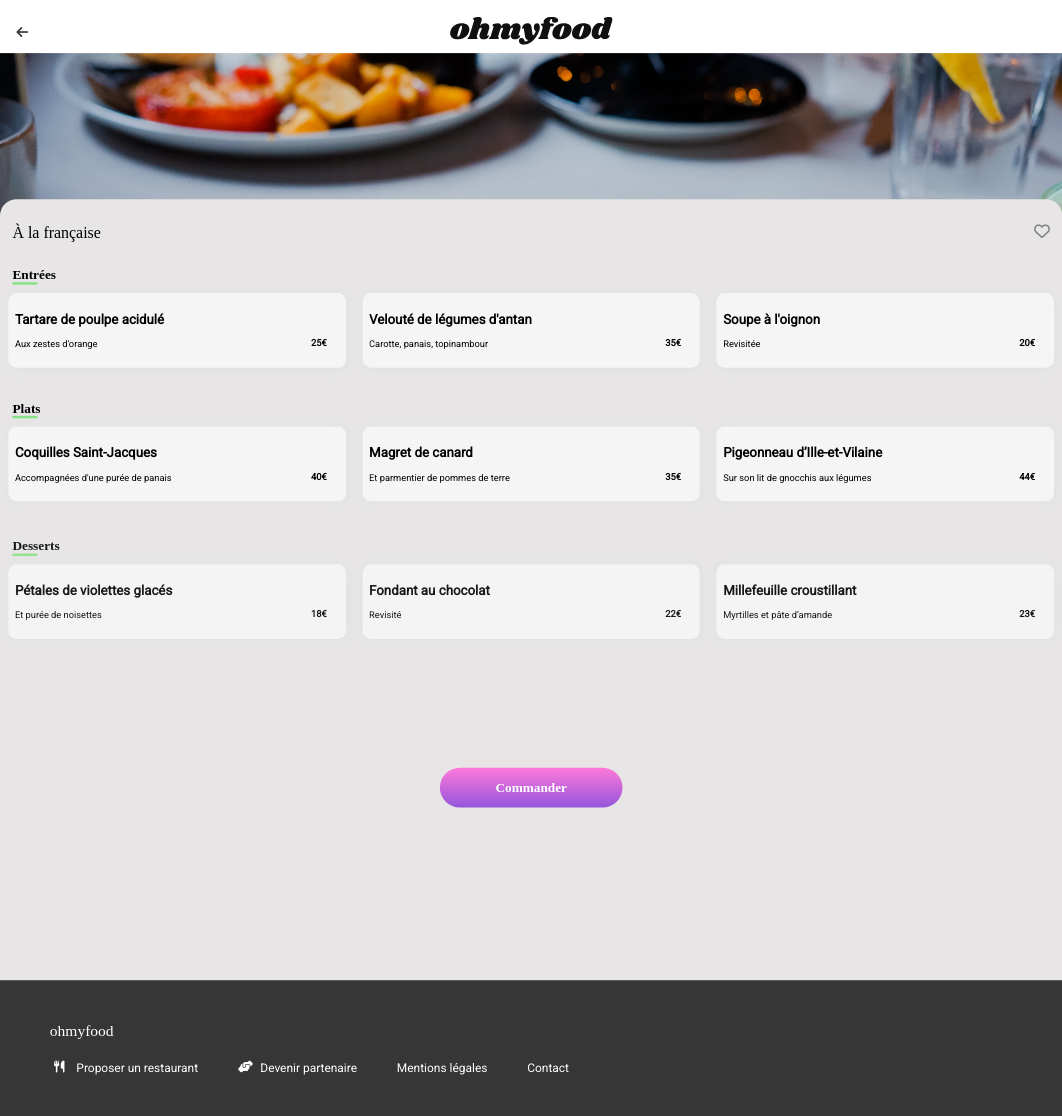
Repository: Micka-17/boimickael_3_16042021
Page: pages/a_la_francaise.html
These files come from the project's save history. The page is drawn as it stood at one moment and after the next save; the edit follows.
The browser window is 1280 px wide. The pictures show the whole page, at 83% of full size.
Some web fonts or font styles are not loaded; a fallback is used. Some web libraries are served in a nearby version. The style sheet was rebuilt from its Sass, Less or Tailwind sources for each picture, by a compiler version that may differ from the author's.

Above is the page before, as saved 2021-05-25 09:27:51.

After the next save:
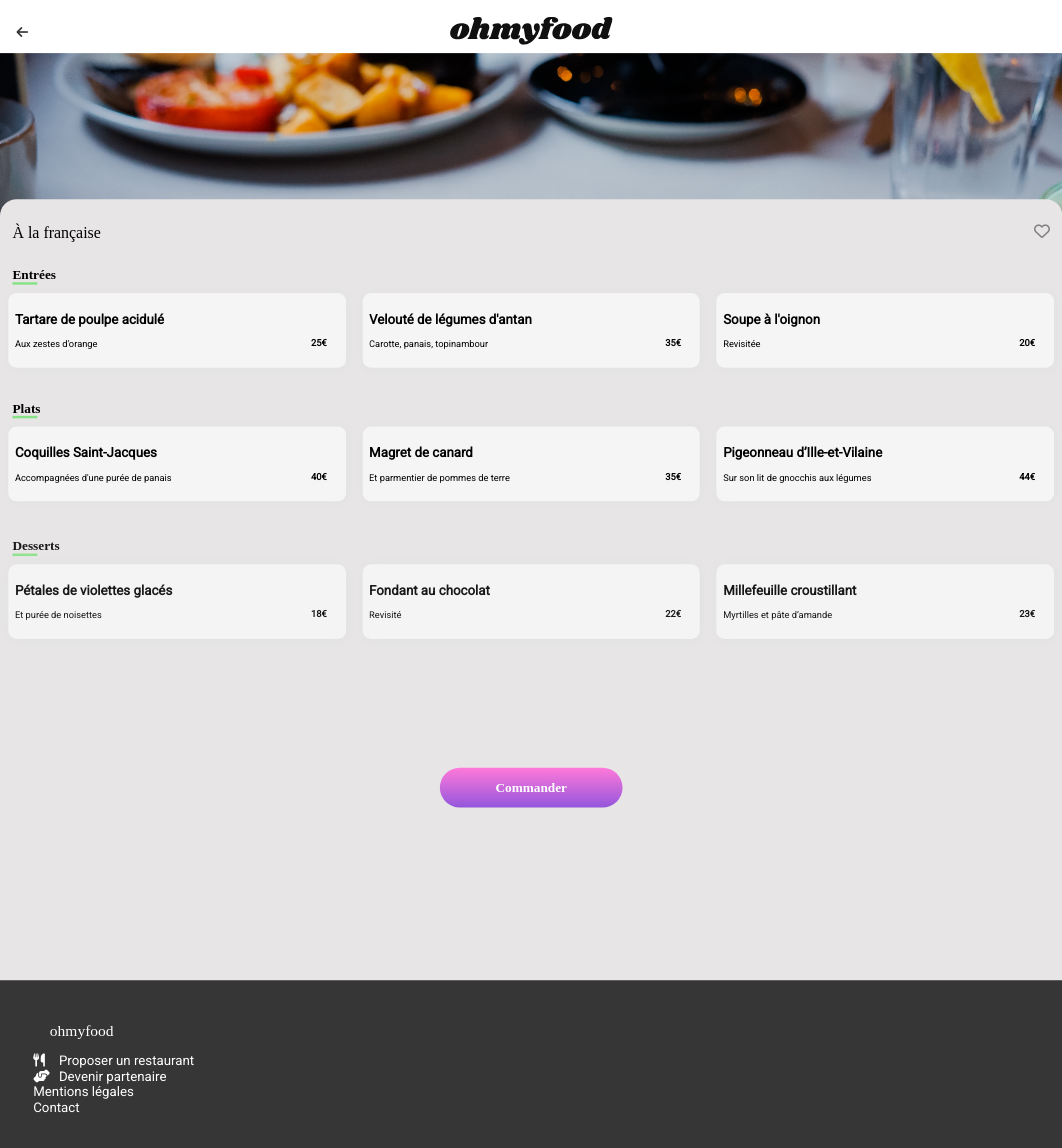
Saved 12 s later.
--- a/pages/a_la_francaise.html
+++ b/pages/a_la_francaise.html
@@ -173,12 +173,18 @@
         <footer>
             <div class="end-ul">
                 <h3 id="logo-white">ohmyfood</h3>
-                <ul>
-                    <li><i class="fas fa-utensils icon-footer"></i> Proposer un restaurant</li>
-                    <li><i class="fas fa-hands-helping icon-footer"></i> Devenir partenaire</li>
-                    <li>Mentions légales</li>
-                    <a id="contact" href="mailto:contact@ohmyfood.com"><li>Contact</li></a>
-                </ul>
+                <div>
+                    <p>
+                      <i class="fas fa-utensils icon-footer"></i> Proposer un restaurant
+                    </p>
+                    <p>
+                      <i class="fas fa-hands-helping icon-footer"></i> Devenir
+                      partenaire
+                    </p>
+                    <p>Mentions légales</p>
+                    <a id="contact" href="mailto:contact@ohmyfood.com"
+                      ><p>Contact</p></a>
+                  </div>
             </div>
         </footer>
     </section>

After the 2 saves that followed:
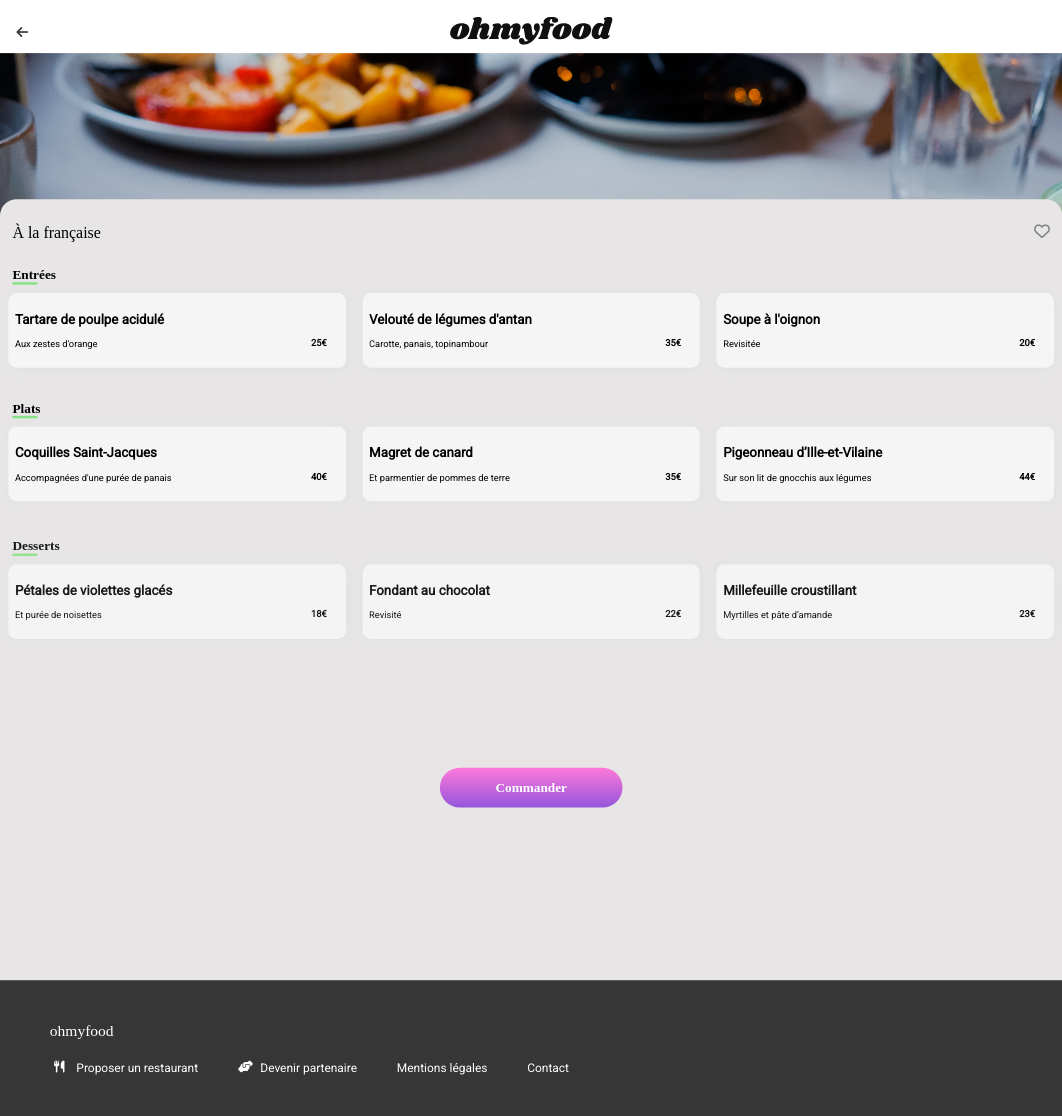
The 2 saves are shown as one change because 1 left the picture as it was.
The last was saved 16 s later.
--- a/pages/a_la_francaise.html
+++ b/pages/a_la_francaise.html
@@ -173,18 +173,12 @@
         <footer>
             <div class="end-ul">
                 <h3 id="logo-white">ohmyfood</h3>
-                <div>
-                    <p>
-                      <i class="fas fa-utensils icon-footer"></i> Proposer un restaurant
-                    </p>
-                    <p>
-                      <i class="fas fa-hands-helping icon-footer"></i> Devenir
-                      partenaire
-                    </p>
-                    <p>Mentions légales</p>
-                    <a id="contact" href="mailto:contact@ohmyfood.com"
-                      ><p>Contact</p></a>
-                  </div>
+                <ul>
+                    <li><i class="fas fa-utensils icon-footer"></i> Proposer un restaurant</li>
+                    <li><i class="fas fa-hands-helping icon-footer"></i> Devenir partenaire</li>
+                    <li>Mentions légales</li>
+                    <a id="contact" href="mailto:contact@ohmyfood.com"><li>Contact</li></a>
+                </ul>
             </div>
         </footer>
     </section>
